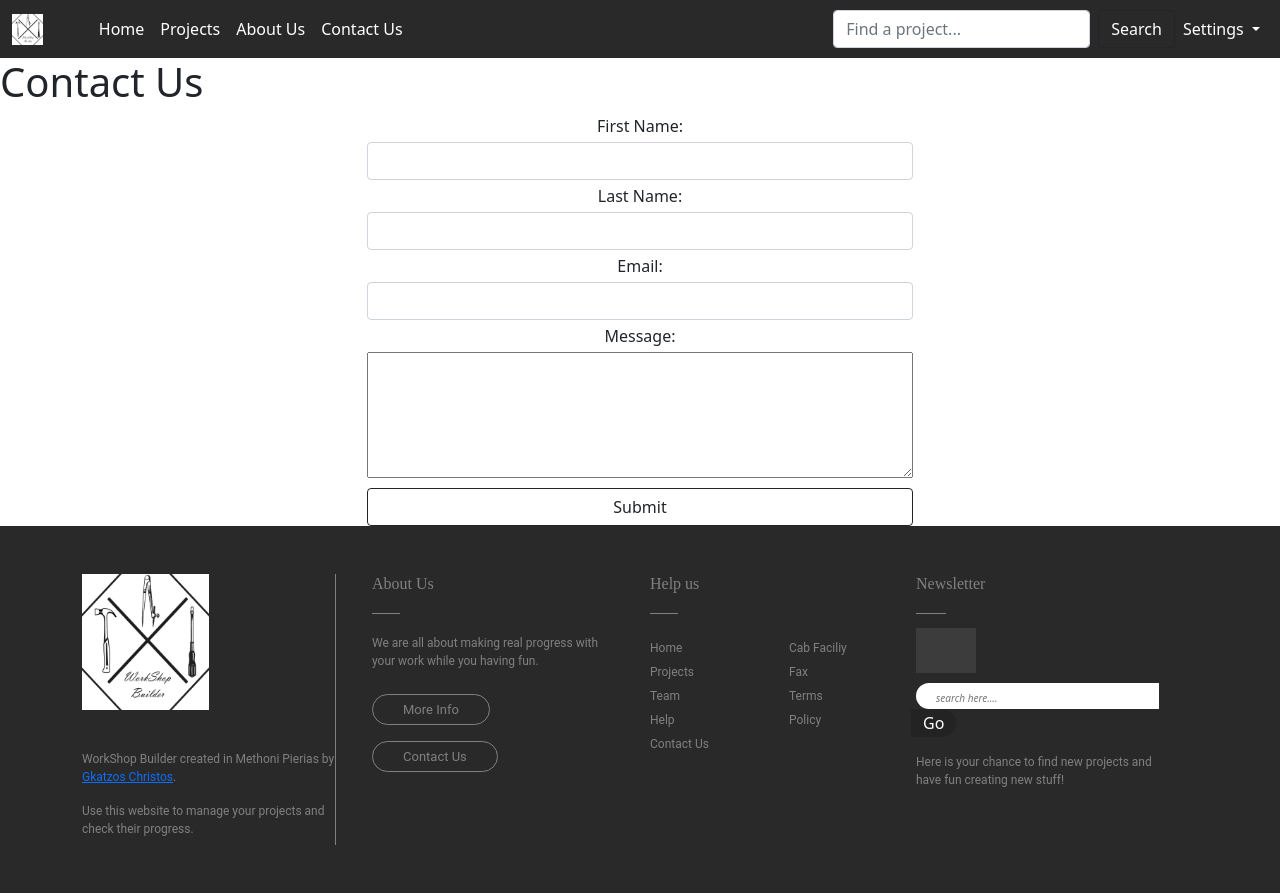
Repository: GkatzosChristos/workshop-builder-ui
Page: /contactUs (app in workshop-builder-ui/)
An editor plug-in stored every save of this project. The page is shown before and after the next save, followed by the edit.
The browser window is 1280 px wide. The pictures show the whole page.
The project was rebuilt for these pictures with package versions that can differ from the ones it lists, and the page was loaded fresh each time. Also part of the build but not shown: workshop-builder-ui/angular.json, workshop-builder-ui/src/app/about-us/about-us.component.ts, workshop-builder-ui/src/app/home/home.component.ts, workshop-builder-ui/src/app/project/project.component.ts.

Above is the page before, as saved 2021-08-27 18:25:29.

After the next save:
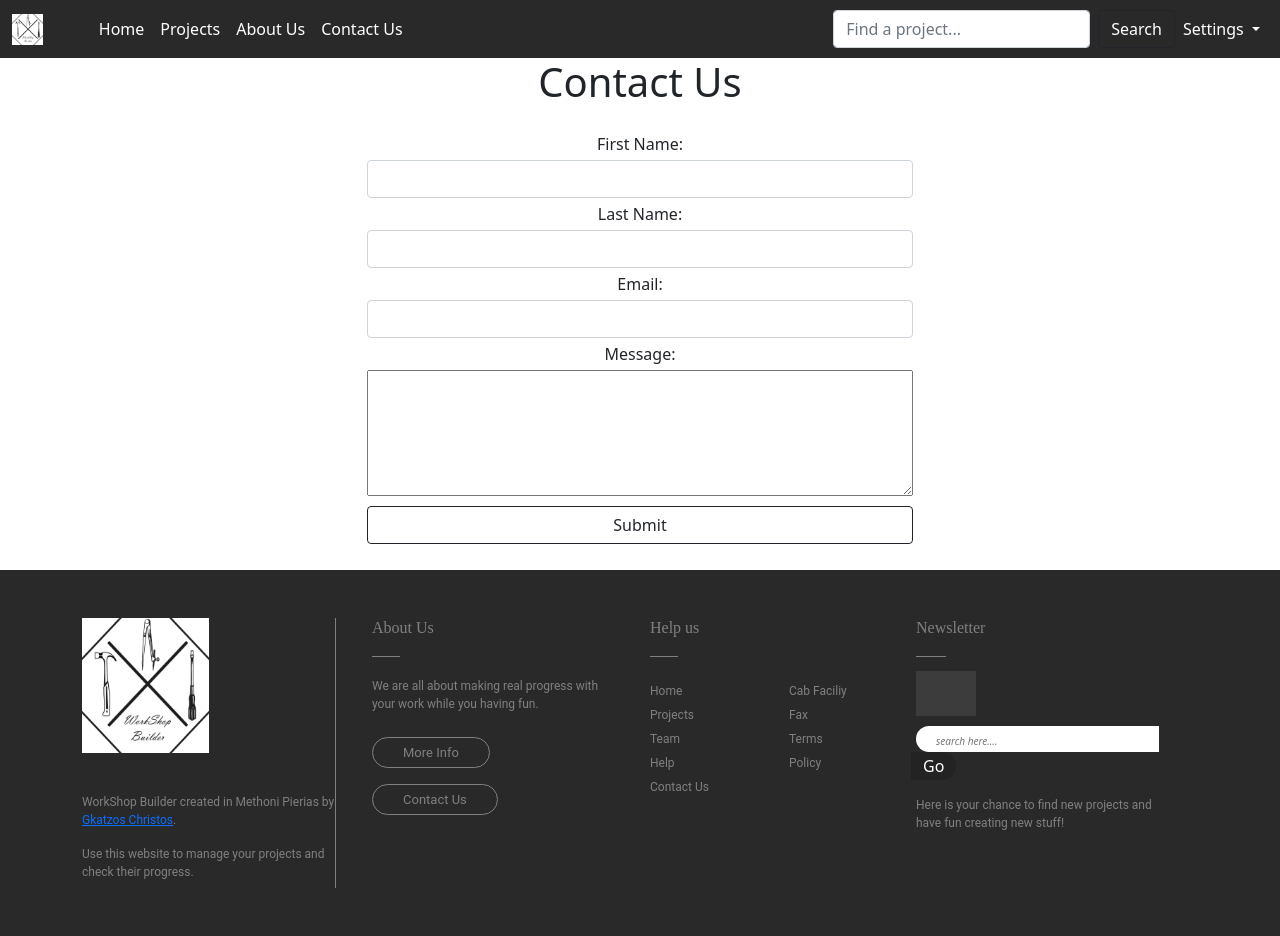
Saved 43 s later.
--- a/workshop-builder-ui/src/app/contact-us/contact-us.scss
+++ b/workshop-builder-ui/src/app/contact-us/contact-us.scss
@@ -1,5 +1,6 @@
-body {
+body,h1 {
     text-align: center;
+    margin-bottom: 2%;
 }
 form {
     display: inline-block;
